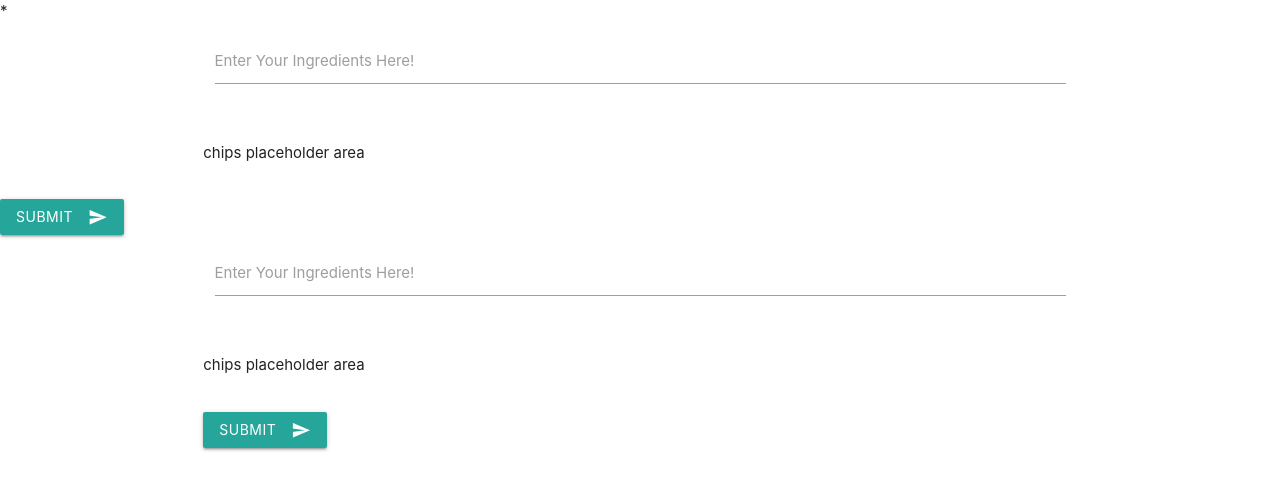
Repository: Aaron-R-Carter/Project1
Page: new.html
These files come from the project's save history. The page is drawn as it stood at one moment and after the next save; the edit follows.
The browser window is 1280 px wide. The pictures show the whole page.

Above is the page before, as saved 2019-11-01 17:46:43.
Console error: SyntaxError: Unexpected token '<'

### new.html
<!DOCTYPE html>
<html>

<head>
    <!--Import Google Icon Font-->
    <link href="https://fonts.googleapis.com/icon?family=Material+Icons" rel="stylesheet">
    <!--Import materialize.css-->
    <link rel="stylesheet" href="https://cdnjs.cloudflare.com/ajax/libs/materialize/1.0.0/css/materialize.min.css">
    <link rel="stylesheet" href="./prototype.css">
    <!--Let browser know website is optimized for mobile-->
    <meta name="viewport" content="width=device-width, initial-scale=1.0" />

</head>

<body>
    *<div class="container" id="main-forms-container">
        <div class="row" id="form-row">
            <div class="col s12" id="form-column">
                <div class="input-field col s12">
                    <!-- <i class="material-icons prefix">textsms</i> -->
                    <input type="text" id="autocomplete-input" class="autocomplete">
                    <label for="autocomplete-input">Enter Your Ingredients Here!</label>
                </div>
            </div>
        </div>
        <div class="row" id="chips-row">
            <div class="col s12" id="chips-column">
                <p>chips placeholder area</p>
            </div>
        </div>
    </div>

<button class="btn waves-effect waves-light" type="submit" name="action">Submit
    <i class="material-icons right">send</i>
  </button>

 <div class="container" id="main-forms-container">
        <div class="row" id="form-row">
            <div class="col s12" id="form-column">
                <div class="input-field col s12">
                    <!-- <i class="material-icons prefix">textsms</i> -->
                    <input type="text" id="autocomplete-input" class="autocomplete">
                    <label for="autocomplete-input">Enter Your Ingredients Here!</label>
                </div>
            </div>
        </div>
        <div class="row" id="chips-row">
            <div class="col s12" id="chips-column">
                <p>chips placeholder area</p>
            </div>
        </div>
        <div class="row" id="submit-row">
            <div class="col s12" id="submit-column">
                <button class="btn waves-effect waves-light" type="submit" name="action">Submit
                    <i class="material-icons right">send</i>
                </button>
            </div>
        </div>
    </div>

    <script src="https://code.jquery.com/jquery-3.4.1.min.js"
        integrity="sha256-CSXorXvZcTkaix6Yvo6HppcZGetbYMGWSFlBw8HfCJo=" crossorigin="anonymous"></script>
    <script src="https://cdnjs.cloudflare.com/ajax/libs/materialize/1.0.0/js/materialize.min.js"></script>
    <script src="./script.js"></script>

</body>
</html>

### prototype.css
#form-page {
    width: 100%;
}

.label {
    font-size: 15px;
}

### script.js

    <div id="left-box">
    <form id="ingredient-form">
        <label for="ingredient-input">List of Ingredients:</label>
        <br>
        <input type="text" id="ingredient-input" placeholder="Ingredients">

        <!-- Button will trigger new ingredients to be added -->
        <input id="add " class="btn btn-primary mb-2" type="submit" value="Add a zipcode">
    </form>

    <div id="zipcode-view"></div>
</div>

After the next save:
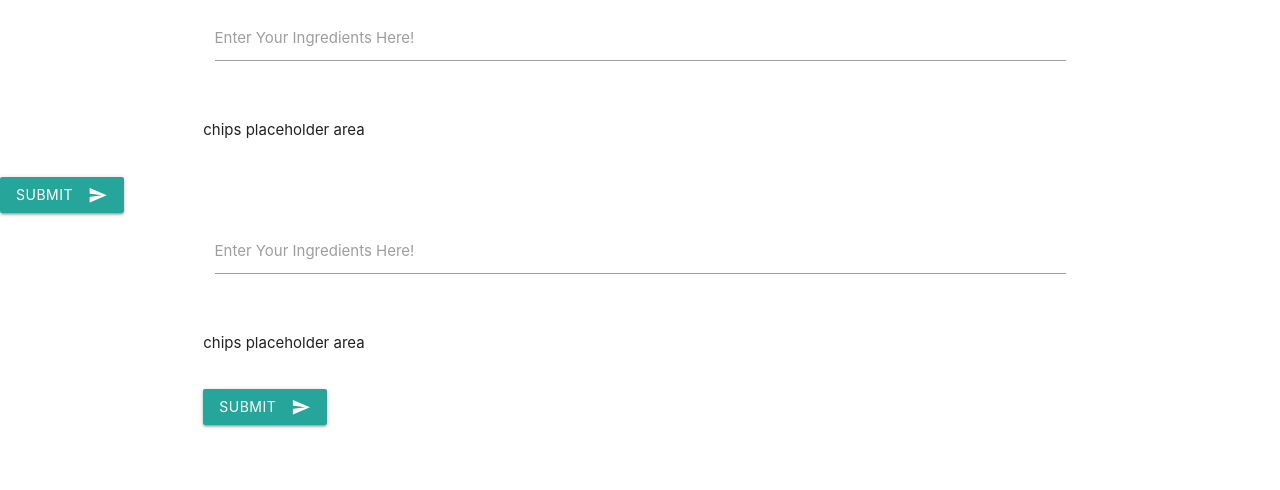
Saved 2 min 45 s later.
--- a/new.html
+++ b/new.html
@@ -13,7 +13,7 @@
 </head>
 
 <body>
-    *<div class="container" id="main-forms-container">
+    <div class="container" id="main-forms-container">
         <div class="row" id="form-row">
             <div class="col s12" id="form-column">
                 <div class="input-field col s12">
